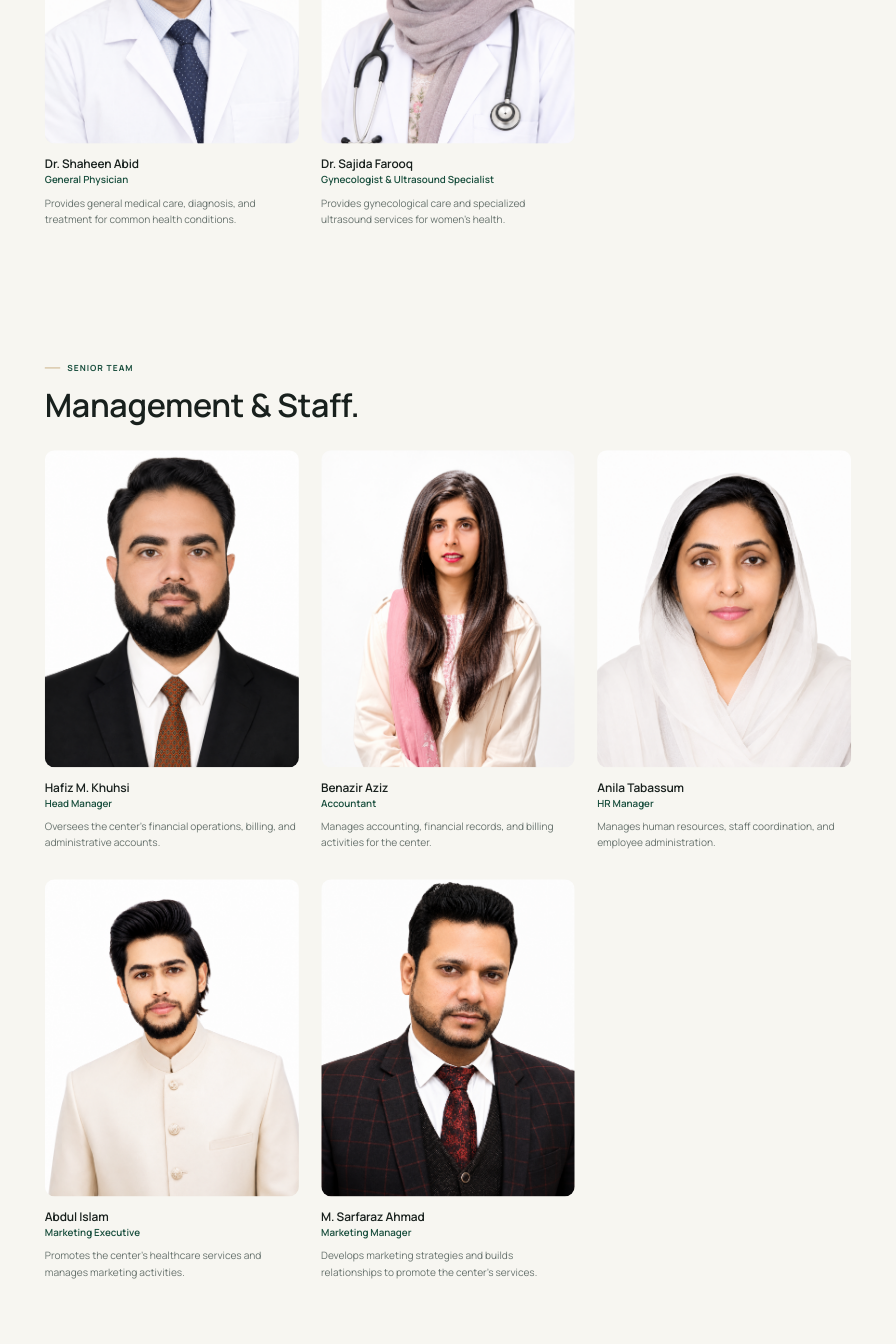
Repository: mraeesaziz45/al-farah
Page: team.html
These files come from the project's save history. The page is drawn as it stood at one moment and after the next save; the edit follows.
The browser window is 1280 px wide. The pictures show the part of the page from y = 3093 to 5013 px (the page is 5906 px tall before and 5938 px after), at 70% of full size.

Above is the page before, as saved 2026-09-28 18:00:32.

### team.html
<!DOCTYPE html>
<html lang="en">
<head>
<meta charset="UTF-8">
<meta name="viewport" content="width=device-width, initial-scale=1.0">
<title>Team — Al-Farah Medical Center</title>
<meta name="description" content="Meet the physicians and staff of Al-Farah Medical Center, led by our Founder and Director.">
<meta property="og:title" content="Team — Al-Farah Medical Center">
<meta property="og:description" content="The people behind the care.">
<meta property="og:type" content="website">
<link rel="preconnect" href="https://fonts.googleapis.com">
<link rel="preconnect" href="https://fonts.gstatic.com" crossorigin>
<link href="https://fonts.googleapis.com/css2?family=Manrope:wght@400;500;600;700&family=DM+Serif+Display:ital@0;1&display=swap" rel="stylesheet">
<link rel="stylesheet" href="css/style.css">
</head>
<body>
<a href="#main" class="skip-link">Skip to content</a>

<header class="site-header">
  <div class="container header-inner">
    <a href="index.html" class="logo-link">
      <img src="assets/logo/logo-placeholder.svg" alt="Al-Farah Medical Center" width="180" height="52">
    </a>
    <nav class="main-nav" aria-label="Primary">
      <a href="index.html">Home</a>
      <a href="services.html">Services</a>
      <a href="team.html" aria-current="page">Team</a>
      <a href="about.html">About</a>
      <a href="contact.html">Contact</a>
    </nav>
    <div class="header-actions">
      <a href="contact.html" class="btn btn-primary header-cta-desktop">Book an Appointment</a>
      <button class="menu-toggle" aria-expanded="false" aria-controls="mobileMenu" aria-label="Open menu">
        <span class="bar"></span>
      </button>
    </div>
  </div>
</header>

<div class="mobile-menu" id="mobileMenu">
  <div class="mobile-menu-top">
    <img src="assets/logo/logo-placeholder.svg" alt="Al-Farah Medical Center" width="150" height="44">
    <button class="mobile-menu-close" aria-label="Close menu">
      <svg viewBox="0 0 24 24" fill="none" stroke="currentColor" stroke-width="1.6"><line x1="5" y1="5" x2="19" y2="19"/><line x1="19" y1="5" x2="5" y2="19"/></svg>
    </button>
  </div>
  <nav class="mobile-nav" aria-label="Mobile">
    <a href="index.html">Home</a>
    <a href="services.html">Services</a>
    <a href="team.html" aria-current="page">Team</a>
    <a href="about.html">About</a>
    <a href="contact.html">Contact</a>
  </nav>
  <div class="mobile-menu-cta">
    <a href="contact.html" class="btn btn-primary">Book an Appointment</a>
  </div>
</div>

<main id="main">

  <section class="page-hero dark bg-forest-deep">
    <div class="container">
      <p class="eyebrow" data-reveal>Our People</p>
      <h1 class="page-heading h1" data-reveal>The people behind the care.</h1>
      <p class="body-lg" data-reveal>Al-Farah is led by a small team of physicians and support staff who work together across consultation, diagnostics, and follow-up.</p>
    </div>
  </section>

  <section class="bg-white">
    <div class="container">
      <div class="team-feature">
        <div class="team-feature-media" data-reveal>
          <img src="assets/images/team/director-2.png" alt="Portrait of the Director, placeholder photograph" width="1200" height="1600" loading="lazy" decoding="async">
        </div>
        <div class="team-feature-content" data-reveal>
          <p class="eyebrow">Leadership</p>
          <h2 class="h2">M. Raees Aziz</h2>
          <span class="team-feature-role">Founder &amp; Director</span>
          <p>Mr. M. Raees Aziz founded Al-Farah Medical Center in 2020 with a simple vision, to create a place where patients receive not only consultation and diagnosis, but also clear guidance and genuine care.</p>
          <p>Since 2012, I have been working alongside senior orthopedic surgeons as a surgical assistant, gaining 14 years of practical experience in orthopedic surgical procedures, patient care, and clinical teamwork. This experience has shaped my understanding of the importance of precision, responsibility, and putting the patient first.</p>
          <p>At Al-Farah Medical Center, our aim is simple — to listen carefully, provide the right guidance, and ensure that every patient leaves with greater clarity about their health and the next step in their care.</p>
        </div>
      </div>
    </div>
  </section>

  <section class="bg-cream">
    <div class="container">
      <div class="section-head team-section-label" data-reveal>
        <p class="eyebrow">Our Doctors</p>
        <h2 class="h2">Consultants and Surgeons.</h2>
      </div>
      <div class="team-grid" data-reveal-group>
        <div class="team-card" data-reveal>
          <div class="team-card-media">
            <img src="assets/images/team/dr-raza-elahi.png" alt="Portrait placeholder for the clinic accountant" width="1000" height="1250" loading="lazy" decoding="async">
          </div>
          <h3 class="h4">Dr. Raza Elahi</h3>
          <span class="role">MBBS, MCPS, FCPS</span>
          <span class="role">Senior Orthopedic Surgeon</span>
          <p class="bio">Provides expert orthopedic care for bone, joint, and musculoskeletal conditions.</p>
        </div>
        <div class="team-card" data-reveal>
          <div class="team-card-media">
            <img src="assets/images/team/arsalan-ghori.png" alt="Portrait placeholder for a radiologist" width="1000" height="1250" loading="lazy" decoding="async">
          </div>
          <h3 class="h4">Dr. Arsalan Ghouri</h3>
          <span class="role">MBBS, MS</span>
          <span class="role">Orthopedic Surgeon</span>
          <p class="bio">Diagnoses and treats orthopedic conditions, injuries, and musculoskeletal disorders.</p>
        </div>
        <div class="team-card" data-reveal>
          <div class="team-card-media">
            <img src="assets/images/team/dr-aslam.png" alt="Portrait placeholder for a radiologist" width="1000" height="1250" loading="lazy" decoding="async">
          </div>
          <h3 class="h4">Dr. M. Aslam</h3>
          <span class="role">MBBS, MCPS</span>
          <span class="role">General Surgeon</span>
          <p class="bio">Performs surgical evaluation and treatment for a range of general surgical conditions.</p>
        </div>
        <div class="team-card" data-reveal>
          <div class="team-card-media">
            <img src="assets/images/team/muqaddas-asif.png" alt="Portrait placeholder for a radiologist" width="1000" height="1250" loading="lazy" decoding="async">
          </div>
          <h3 class="h4">Dn. Muqaddas Asif</h3>
          <span class="role">Nutritionist and Dietitian</span>
          <p class="bio">Provides personalized nutrition and dietary guidance to support healthy lifestyles and medical care.</p>
        </div>
        <div class="team-card" data-reveal>
          <div class="team-card-media">
            <img src="assets/images/team/dr-kyani.png" alt="Portrait placeholder for a radiologist" width="1000" height="1250" loading="lazy" decoding="async">
          </div>
          <h3 class="h4">Dr. M. Kyani</h3>
          <span class="role">MBBS</span>
          <span class="role">General Consultant</span>
          <p class="bio">Provides comprehensive consultation and medical guidance for a range of general health concerns.</p>
        </div>
        <div class="team-card" data-reveal>
          <div class="team-card-media">
            <img src="assets/images/team/arsalan.png" alt="Portrait placeholder for a radiologist" width="1000" height="1250" loading="lazy" decoding="async">
          </div>
          <h3 class="h4">Arsalan Asghar</h3>
          <span class="role">DPT</span>
          <span class="role">Physiotherapist</span>
          <p class="bio">Provides physiotherapy and rehabilitation to improve movement, strength, and physical function.</p>
        </div>
        <div class="team-card" data-reveal>
          <div class="team-card-media">
            <img src="assets/images/team/dr-shaheen-abid.png" alt="Portrait placeholder for a radiologist" width="1000" height="1250" loading="lazy" decoding="async">
          </div>
          <h3 class="h4">Dr. Shaheen Abid</h3>
          <span class="role">General Physician</span>
          <p class="bio">Provides general medical care, diagnosis, and treatment for common health conditions.</p>
        </div>
        <div class="team-card" data-reveal>
          <div class="team-card-media">
            <img src="assets/images/team/dr-sajida.png" alt="Portrait placeholder for a radiologist" width="1000" height="1250" loading="lazy" decoding="async">
          </div>
          <h3 class="h4">Dr. Sajida Farooq</h3>
          <span class="role">Gynecologist &amp; Ultrasound Specialist</span>
          <p class="bio">Provides gynecological care and specialized ultrasound services for women’s health.</p>
        </div>

      </div>
    </div>
  </section>

  <section class="bg-cream">
    <div class="container">
      <div class="section-head team-section-label" data-reveal>
        <p class="eyebrow">Senior Team</p>
        <h2 class="h2">Management & Staff.</h2>
      </div>
      <div class="team-grid" data-reveal-group>
        <div class="team-card" data-reveal>
          <div class="team-card-media">
            <img src="assets/images/team/hafiz-khushi.png" alt="Portrait placeholder for the clinic accountant" width="1000" height="1250" loading="lazy" decoding="async">
          </div>
          <h3 class="h4">Hafiz M. Khuhsi</h3>
          <span class="role">Head Manager</span>
          <p class="bio">Oversees the center’s financial operations, billing, and administrative accounts.</p>
        </div>
        <div class="team-card" data-reveal>
          <div class="team-card-media">
            <img src="assets/images/team/benazir.png" alt="Portrait placeholder for a radiologist" width="1000" height="1250" loading="lazy" decoding="async">
          </div>
          <h3 class="h4">Benazir Aziz</h3>
          <span class="role">Accountant</span>
          <p class="bio">Manages accounting, financial records, and billing activities for the center.</p>
        </div>
        <div class="team-card" data-reveal>
          <div class="team-card-media">
            <img src="assets/images/team/aneela-tabassum.png" alt="Portrait placeholder for a radiologist" width="1000" height="1250" loading="lazy" decoding="async">
          </div>
          <h3 class="h4">Anila Tabassum</h3>
          <span class="role">HR Manager</span>
          <p class="bio">Manages human resources, staff coordination, and employee administration.</p>
        </div>
        <div class="team-card" data-reveal>
          <div class="team-card-media">
            <img src="assets/images/team/abdul-isalm.png" alt="Portrait placeholder for a radiologist" width="1000" height="1250" loading="lazy" decoding="async">
          </div>
          <h3 class="h4">Abdul Islam</h3>
          <span class="role">Marketing Executive</span>
          <p class="bio">Promotes the center’s healthcare services and manages marketing activities.</p>
        </div>
        <div class="team-card" data-reveal>
          <div class="team-card-media">
            <img src="assets/images/team/sarfaraz-ahmad.png" alt="Portrait placeholder for a radiologist" width="1000" height="1250" loading="lazy" decoding="async">
          </div>
          <h3 class="h4">M. Sarfaraz Ahmad</h3>
          <span class="role">Marketing Manager</span>
          <p class="bio">Develops marketing strategies and builds relationships to promote the center’s services.</p>
        </div>
      </div>
    </div>
  </section>

  <section class="cta-band bg-forest">
    <div class="container">
      <h2 class="h2" data-reveal>When your health matters, every detail matters.</h2>
      <p class="body-lg" data-reveal>Arrange a consultation with a member of the Al-Farah team.</p>
      <div class="cta-row" data-reveal>
        <a href="contact.html" class="btn btn-primary">Book an Appointment</a>
      </div>
    </div>
  </section>

</main>

<footer class="site-footer">
  <div class="container footer-grid">
    <div>
      <img src="assets/logo/logo-placeholder-light.svg" alt="Al-Farah Medical Center" class="footer-logo" width="170" height="50">
      <p class="footer-about">Al-Farah Medical Center provides trusted medical care with an emphasis on expertise, dignity, and patient-centered service.</p>
    </div>
    <div class="footer-col">
      <p class="footer-col-title">Navigation</p>
      <ul>
        <li><a href="index.html">Home</a></li>
        <li><a href="services.html">Services</a></li>
        <li><a href="team.html">Team</a></li>
        <li><a href="about.html">About</a></li>
        <li><a href="contact.html">Contact</a></li>
      </ul>
    </div>
    <div class="footer-col">
      <p class="footer-col-title">Services</p>
      <ul>
        <li><a href="services.html#radiology">Radiology</a></li>
        <li><a href="services.html#consultation">Consultation</a></li>
        <li><a href="services.html#laboratory">Diagnostics</a></li>
        <li><a href="services.html#specialist">Specialist Care</a></li>
      </ul>
    </div>
    <div class="footer-col">
      <p class="footer-col-title">Contact</p>
      <ul>
        <li>[Clinic Address Placeholder]</li>
        <li>[Phone Number Placeholder]</li>
        <li>[Email Address Placeholder]</li>
        <li>[Opening Hours Placeholder]</li>
      </ul>
    </div>
  </div>
  <div class="container footer-bottom">
    <p>&copy; 2026 Al-Farah Medical Center</p>
    <div class="footer-legal">
      <a href="#">Privacy Policy</a>
      <a href="#">Terms</a>
    </div>
  </div>
</footer>

<script src="js/main.js"></script>
</body>
</html>

Loaded but not shown: js/main.js (276 lines, source omitted); css/style.css (1057 lines, source omitted)

After the next save:
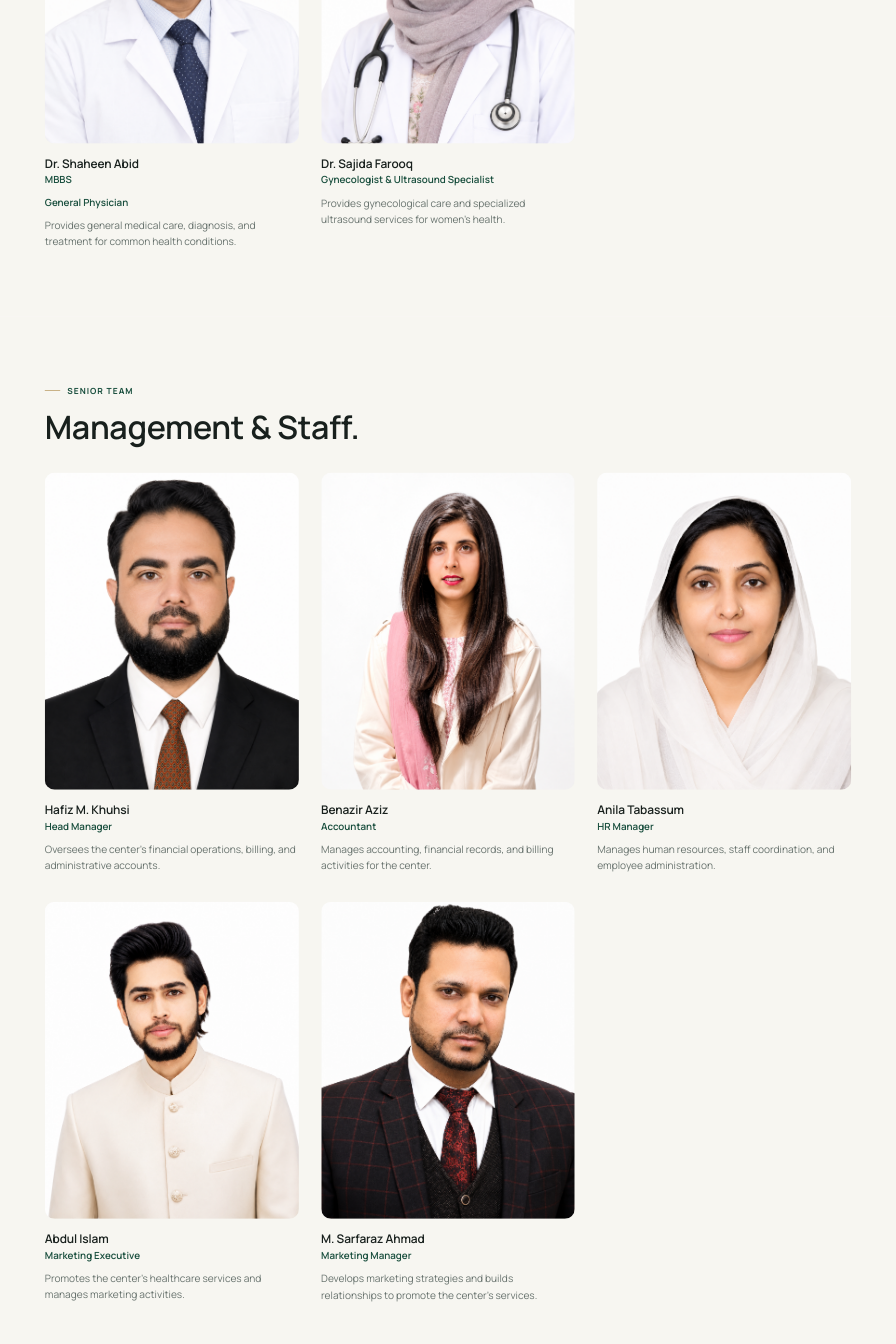
Saved 23 s later.
--- a/team.html
+++ b/team.html
@@ -149,6 +149,7 @@
             <img src="assets/images/team/dr-shaheen-abid.png" alt="Portrait placeholder for a radiologist" width="1000" height="1250" loading="lazy" decoding="async">
           </div>
           <h3 class="h4">Dr. Shaheen Abid</h3>
+          <span class="role">MBBS</span>
           <span class="role">General Physician</span>
           <p class="bio">Provides general medical care, diagnosis, and treatment for common health conditions.</p>
         </div>
